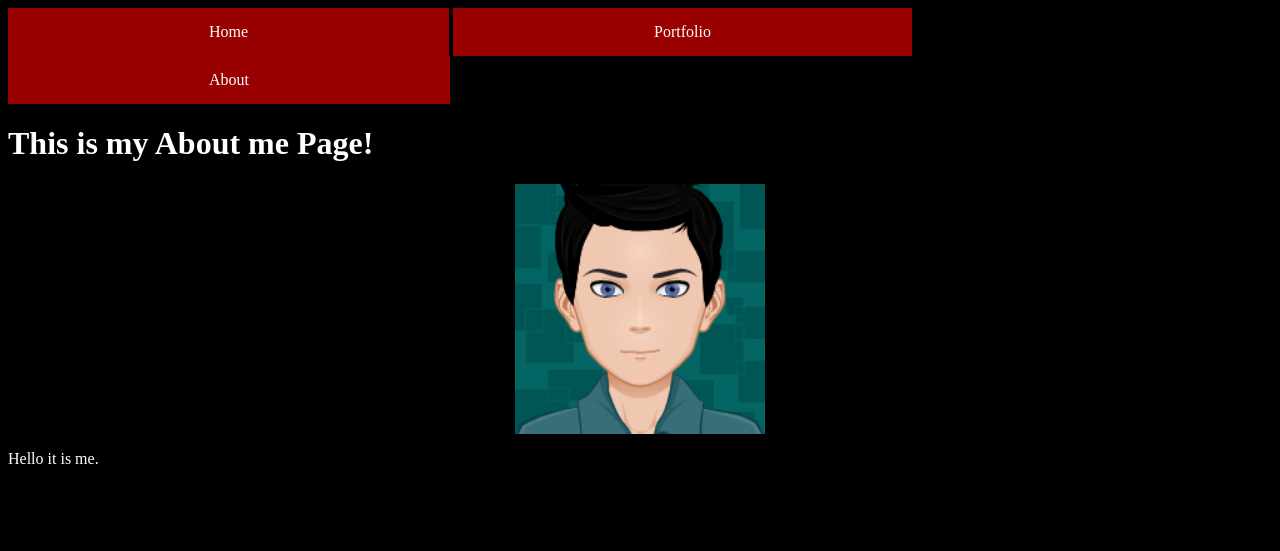
Repository: ralcocer1890/ralcocer1890.github.io
Page: my_website/about.html
The author's editor kept a record of every edit. The page is drawn from the files as they stood at one moment, then again after the next edit.
The browser window is 1280 px wide. The pictures show the whole page.

Above is the page before.

### my_website/about.html
<!doctype html>
	<html lang="en">
	  <head>
	    <meta charset="utf-8">
	    <title>About me</title>
	  </head>
	  <body>
    <a href="index.html">Home</a>
    <a href="portfolio.html">Portfolio</a>
<a href="about.html">About</a>
    <h1>This is my About me Page!</h1>
    <img src="images/myAvatar.png" height="250">
    <p>Hello it is me.</p>
    <style>
    h1 {color:white;}
    p {color:white;
</style>
<body style="background-color:Black;">
{
     <style>
a:link, a:visited {
  background-color: #990000;
  color: white;
  padding: 15px 201px;
  text-align: center;
  text-decoration: none;
  display: inline-block;
}

a:hover, a:active {
  background-color: black;
}

img {
  display: block;
  margin-left: auto;
  margin-right: auto;
</style>
</head>
<body>


  </body>
	</html>

After the next edit:
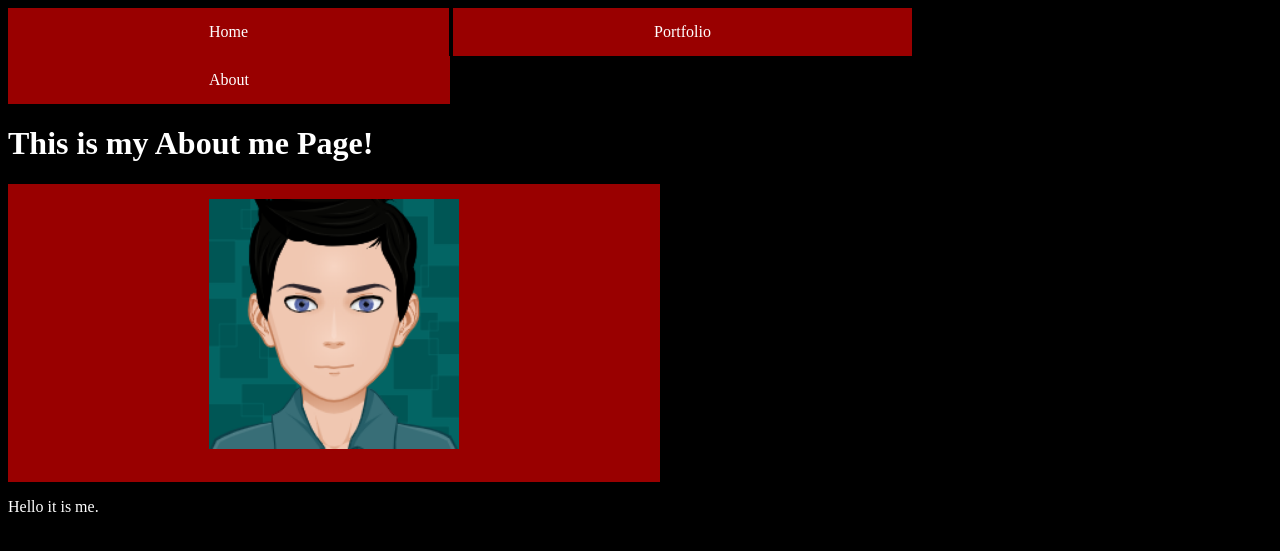
The edit:
--- a/my_website/about.html
+++ b/my_website/about.html
@@ -9,7 +9,9 @@
     <a href="portfolio.html">Portfolio</a>
 <a href="about.html">About</a>
     <h1>This is my About me Page!</h1>
-    <img src="images/myAvatar.png" height="250">
+     <a href=hidden.html target="_blank">
+            <img src="images/myAvatar.png" height="250" width="250"><br>
+        </a>
     <p>Hello it is me.</p>
     <style>
     h1 {color:white;}
